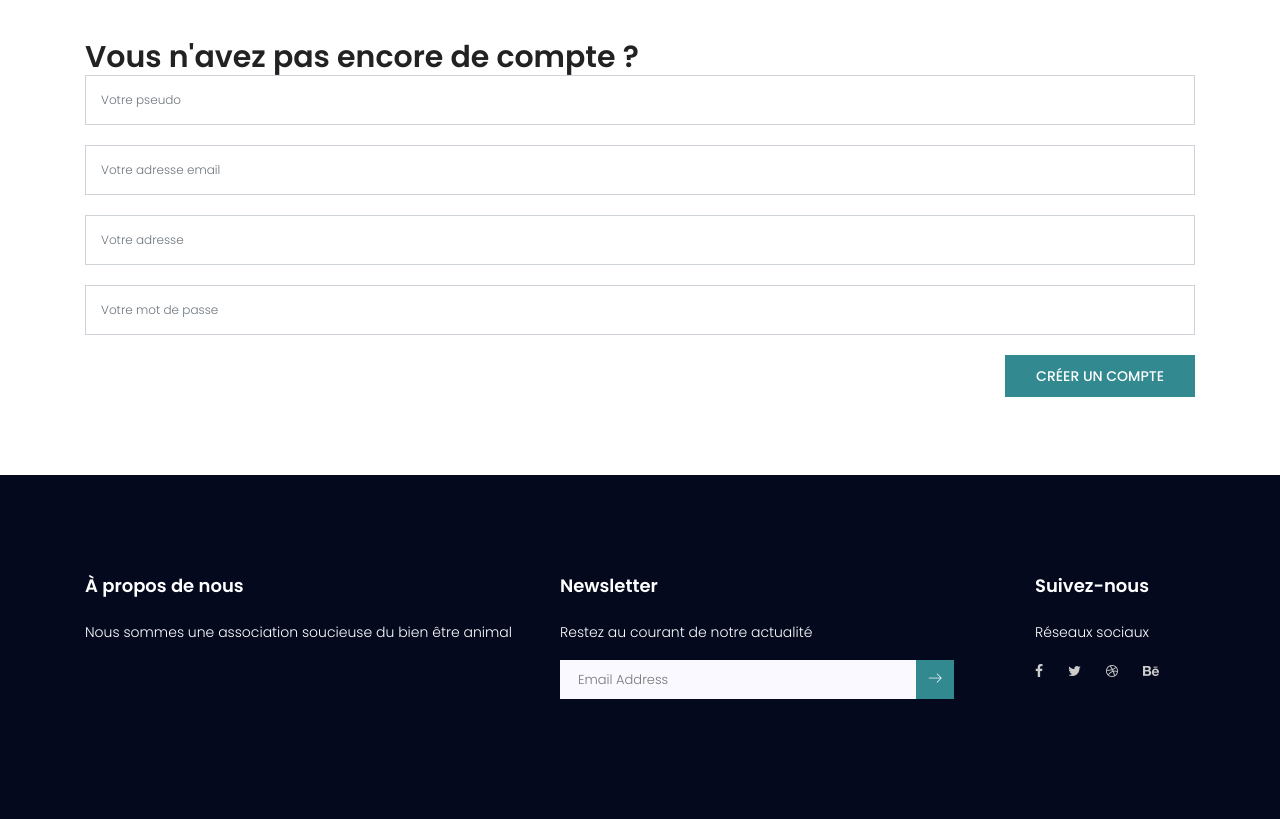
Repository: Nononolan45/CAT-FRONT
Page: connexion.html
These files come from the project's save history. The page is drawn as it stood at one moment and after the next save; the edit follows.
The browser window is 1280 px wide. The pictures show the part of the page from y = 833 to 1785 px (the page is 1652 px tall before and 1785 px after).
Some web libraries are served in a nearby version.

Above is the page before, as saved 2021-07-02 09:21:12.
Console error: ReferenceError: URI is not defined

### connexion.html
<!DOCTYPE html>
<html lang="zxx" class="no-js">
<head>
    <!-- Mobile Specific Meta -->
    <meta name="viewport" content="width=device-width, initial-scale=1, shrink-to-fit=no">

    <!-- Author Meta -->
    <meta name="author" content="colorlib">
    <!-- Meta Description -->
    <meta name="description" content="">
    <!-- Meta Keyword -->
    <meta name="keywords" content="">
    <!-- meta character set -->
    <meta charset="UTF-8">
    <!-- Site Title -->
    <title>Pet Shop | Connexion</title>

    <link href="https://fonts.googleapis.com/css?family=Poppins:100,200,400,300,500,600,700" rel="stylesheet">
        <!--
        CSS
        ============================================= -->
        <link rel="stylesheet" href="css/linearicons.css">
        <link rel="stylesheet" href="css/font-awesome.min.css">
        <link rel="stylesheet" href="css/bootstrap.css">
        <link rel="stylesheet" href="css/magnific-popup.css">
        <link rel="stylesheet" href="css/nice-select.css">
        <link rel="stylesheet" href="css/animate.min.css">
        <link rel="stylesheet" href="css/jquery-ui.css">
        <link rel="stylesheet" href="css/owl.carousel.css">
        <link rel="stylesheet" href="css/main.css">
    </head>
    <body>
        <header id="header" id="home">
            <div class="header-top"><div class="container"></div></div>
            <div class="container main-menu">
                <div class="row align-items-center justify-content-between d-flex">
                    <a href="index.html"><!--<img src="img/logo.png" alt="" title="" />-->Pet Shop</a>
                    <nav id="nav-menu-container">
                        <ul class="nav-menu">
                            <li class="menu-active"><a href="index.html">Accueil</a></li>
                            <li><a href="liste-des-animaux.html">Nos animaux</a></li>
                            <li><a href="connexion.html">Connexion</a></li>
                        </ul>
                    </nav><!-- #nav-menu-container -->
                </div>
            </div>
        </header><!-- #header -->

        <!-- start banner Area -->
        <section class="banner-area relative about-banner" id="home">
            <div class="overlay overlay-bg"></div>
            <div class="container">
                <div class="row d-flex align-items-center justify-content-center">
                    <div class="about-content col-lg-12">
                        <h1 class="text-white">
                            Connexion
                        </h1>
                        <p class="text-white link-nav"><a href="index.html">Accueil </a>  <span class="lnr lnr-arrow-right"></span>  <a href="connexion.html"> Connexion</a></p>
                    </div>
                </div>
            </div>
        </section>
        <!-- End banner Area -->






        <!-- Start contact-page Area -->
        <section class="contact-page-area section-gap">
            <div class="container">
                <form class="form-area " id="login"  method="post" class="contact-form">
                        <div class="form-group">
                            <h1>Connectez-vous</h1>
                            <input id="login-email" name="email" placeholder="Votre adresse email" pattern="[A-Za-z0-9._%+-]+@[A-Za-z0-9.-]+\.[A-Za-z]{1,63}$" onfocus="this.placeholder = ''" onblur="this.placeholder = 'Votre adresse email'" class="common-input mb-20 form-control" required="" type="email">
                            <input id="login-password" name="password" placeholder="Votre mot de passe" onfocus="this.placeholder = ''" onblur="this.placeholder = 'Enter your name'" class="common-input mb-20 form-control" required="" type="password">
                        </div>

                        <div id="login-alert" class="alert-msg" style="text-align: left;"></div>
                        <button class="genric-btn primary" style="float: right;">Se connecter</button>
                    </div>
                </form>
            </div>
        </section>
        <!-- End contact-page Area -->





        <!-- Start contact-page Area -->
        <section class="contact-page-area section-gap">
            <div class="container">
                <form class="form-area " id=""  method="post" class="contact-form">
                        <div class="form-group">
                            <h2>Vous n'avez pas encore de compte ?</h2>
                            <input name="pseudo" placeholder="Votre pseudo" onfocus="this.placeholder = ''" onblur="this.placeholder = 'Votre pseudo'" class="common-input mb-20 form-control" required type="text">
                            <input name="email" placeholder="Votre adresse email" pattern="[A-Za-z0-9._%+-]+@[A-Za-z0-9.-]+\.[A-Za-z]{1,63}$" onfocus="this.placeholder = ''" onblur="this.placeholder = 'Votre adresse email'" class="common-input mb-20 form-control" required type="email">
                            <input name="adresse" placeholder="Votre adresse"  onfocus="this.placeholder = ''" onblur="this.placeholder = 'Votre adresse'" class="common-input mb-20 form-control"  type="text">
                            <input name="password" placeholder="Votre mot de passe" onfocus="this.placeholder = ''" onblur="this.placeholder = 'Votre mot de passe'" class="common-input mb-20 form-control" required type="tpassword">
                        </div>

                        <div id="alerte" class="alert-msg" style="text-align: left;"></div>
                        <button class="genric-btn primary" style="float: right;">Créer un compte</button>
                    </div>
                </form>
            </div>
        </section>
        <!-- End contact-page Area -->




        <!-- start footer Area -->
        <footer class="footer-area section-gap">
            <div class="container">
                <div class="row">
                    <div class="col-lg-5 col-md-6 col-sm-6">
                        <div class="single-footer-widget">
                            <h6>À propos de nous</h6>
                            <p>
                                Nous sommes une association soucieuse du bien être animal
                            </p>
                        </div>
                    </div>
                    <div class="col-lg-5  col-md-6 col-sm-6">
                        <div class="single-footer-widget">
                            <h6>Newsletter</h6>
                            <p>Restez au courant de notre actualité</p>
                            <div class="" id="mc_embed_signup">
                                <form target="_blank" novalidate="true" action="" method="get" class="form-inline">
                                    <input class="form-control" name="EMAIL" placeholder="Email Address" onfocus="this.placeholder = ''" onblur="this.placeholder = 'Email Address'" required="" type="email">
                                        <button class="click-btn"><i class="lnr lnr-arrow-right" aria-hidden="true"></i></button>
                                        <div style="position: absolute; left: -5000px;">
                                            <input name="" tabindex="-1" value="" type="text">
                                        </div>
                                    <div class="info"></div>
                                </form>
                            </div>
                        </div>
                    </div>
                    <div class="col-lg-2 col-md-6 col-sm-6 social-widget">
                        <div class="single-footer-widget">
                            <h6>Suivez-nous</h6>
                            <p>Réseaux sociaux</p>
                            <div class="footer-social d-flex align-items-center">
                                <a href="#"><i class="fa fa-facebook"></i></a>
                                <a href="#"><i class="fa fa-twitter"></i></a>
                                <a href="#"><i class="fa fa-dribbble"></i></a>
                                <a href="#"><i class="fa fa-behance"></i></a>
                            </div>
                        </div>
                    </div>

                </div>
            </div>
        </footer>
        <!-- End footer Area -->




        <script src="js/vendor/jquery-2.2.4.min.js"></script>
        <script src="https://cdnjs.cloudflare.com/ajax/libs/popper.js/1.12.9/umd/popper.min.js" integrity="sha384-ApNbgh9B+Y1QKtv3Rn7W3mgPxhU9K/ScQsAP7hUibX39j7fakFPskvXusvfa0b4Q" crossorigin="anonymous"></script>
        <script src="js/vendor/bootstrap.min.js"></script>
          <script src="js/easing.min.js"></script>
        <script src="js/hoverIntent.js"></script>
        <script src="js/superfish.min.js"></script>
        <script src="js/jquery.ajaxchimp.min.js"></script>
        <script src="js/jquery.magnific-popup.min.js"></script>
         <script src="js/jquery-ui.js"></script>
        <script src="js/owl.carousel.min.js"></script>
        <script src="js/jquery.nice-select.min.js"></script>
        <script src="js/main.js"></script>
        <script src="fetch/home.js"></script>
        <script src="config.js"></script>

    </body>
</html>

### css/linearicons.css
@font-face {
	font-family: 'Linearicons-Free';
	src:url('../fonts/Linearicons-Free.eot?w118d');
	src:url('../fonts/Linearicons-Free.eot?#iefixw118d') format('embedded-opentype'),
		url('../fonts/Linearicons-Free.woff2?w118d') format('woff2'),
		url('../fonts/Linearicons-Free.woff?w118d') format('woff'),
		url('../fonts/Linearicons-Free.ttf?w118d') format('truetype'),
		url('../fonts/Linearicons-Free.svg?w118d#Linearicons-Free') format('svg');
	font-weight: normal;
	font-style: normal;
}

.lnr {
	font-family: 'Linearicons-Free';
	speak: none;
	font-style: normal;
	font-weight: normal;
	font-variant: normal;
	text-transform: none;
	line-height: 1;

	/* Better Font Rendering =========== */
	-webkit-font-smoothing: antialiased;
	-moz-osx-font-smoothing: grayscale;
}

.lnr-home:before {
	content: "\e800";
}
.lnr-apartment:before {
	content: "\e801";
}
.lnr-pencil:before {
	content: "\e802";
}
.lnr-magic-wand:before {
	content: "\e803";
}
.lnr-drop:before {
	content: "\e804";
}
.lnr-lighter:before {
	content: "\e805";
}
.lnr-poop:before {
	content: "\e806";
}
.lnr-sun:before {
	content: "\e807";
}
.lnr-moon:before {
	content: "\e808";
}
.lnr-cloud:before {
	content: "\e809";
}
.lnr-cloud-upload:before {
	content: "\e80a";
}
.lnr-cloud-download:before {
	content: "\e80b";
}
.lnr-cloud-sync:before {
	content: "\e80c";
}
.lnr-cloud-check:before {
	content: "\e80d";
}
.lnr-database:before {
	content: "\e80e";
}
.lnr-lock:before {
	content: "\e80f";
}
.lnr-cog:before {
	content: "\e810";
}
.lnr-trash:before {
	content: "\e811";
}
.lnr-dice:before {
	content: "\e812";
}
.lnr-heart:before {
	content: "\e813";
}
.lnr-star:before {
	content: "\e814";
}
.lnr-star-half:before {
	content: "\e815";
}
.lnr-star-empty:before {
	content: "\e816";
}
.lnr-flag:before {
	content: "\e817";
}
.lnr-envelope:before {
	content: "\e818";
}
.lnr-paperclip:before {
	content: "\e819";
}
.lnr-inbox:before {
	content: "\e81a";
}
.lnr-eye:before {
	content: "\e81b";
}
.lnr-printer:before {
	content: "\e81c";
}
.lnr-file-empty:before {
	content: "\e81d";
}
.lnr-file-add:before {
	content: "\e81e";
}
.lnr-enter:before {
	content: "\e81f";
}
.lnr-exit:before {
	content: "\e820";
}
.lnr-graduation-hat:before {
	content: "\e821";
}
.lnr-license:before {
	content: "\e822";
}
.lnr-music-note:before {
	content: "\e823";
}
.lnr-film-play:before {
	content: "\e824";
}
.lnr-camera-video:before {
	content: "\e825";
}
.lnr-camera:before {
	content: "\e826";
}
.lnr-picture:before {
	content: "\e827";
}
.lnr-book:before {
	content: "\e828";
}
.lnr-bookmark:before {
	content: "\e829";
}
.lnr-user:before {
	content: "\e82a";
}
.lnr-users:before {
	content: "\e82b";
}
.lnr-shirt:before {
	content: "\e82c";
}
.lnr-store:before {
	content: "\e82d";
}
.lnr-cart:before {
	content: "\e82e";
}
.lnr-tag:before {
	content: "\e82f";
}
.lnr-phone-handset:before {
	content: "\e830";
}
.lnr-phone:before {
	content: "\e831";
}
.lnr-pushpin:before {
	content: "\e832";
}
.lnr-map-marker:before {
	content: "\e833";
}
.lnr-map:before {
	content: "\e834";
}
.lnr-location:before {
	content: "\e835";
}
.lnr-calendar-full:before {
	content: "\e836";
}
.lnr-keyboard:before {
	content: "\e837";
}
.lnr-spell-check:before {
	content: "\e838";
}
.lnr-screen:before {
	content: "\e839";
}
.lnr-smartphone:before {
	content: "\e83a";
}
.lnr-tablet:before {
	content: "\e83b";
}
.lnr-laptop:before {
	content: "\e83c";
}
.lnr-laptop-phone:before {
	content: "\e83d";
}
.lnr-power-switch:before {
	content: "\e83e";
}
.lnr-bubble:before {
	content: "\e83f";
}
.lnr-heart-pulse:before {
	content: "\e840";
}
.lnr-construction:before {
	content: "\e841";
}
.lnr-pie-chart:before {
	content: "\e842";
}
.lnr-chart-bars:before {
	content: "\e843";
}
.lnr-gift:before {
	content: "\e844";
}
.lnr-diamond:before {
	content: "\e845";
}
.lnr-linearicons:before {
	content: "\e846";
}
.lnr-dinner:before {
	content: "\e847";
}
.lnr-coffee-cup:before {
	content: "\e848";
}
.lnr-leaf:before {
	content: "\e849";
}
.lnr-paw:before {
	content: "\e84a";
}
.lnr-rocket:before {
	content: "\e84b";
}
.lnr-briefcase:before {
	content: "\e84c";
}
.lnr-bus:before {
	content: "\e84d";
}
.lnr-car:before {
	content: "\e84e";
}
.lnr-train:before {
	content: "\e84f";
}
.lnr-bicycle:before {
	content: "\e850";
}
.lnr-wheelchair:before {
	content: "\e851";
}
.lnr-select:before {
	content: "\e852";
}
.lnr-earth:before {
	content: "\e853";
}
.lnr-smile:before {
	content: "\e854";
}
.lnr-sad:before {
	content: "\e855";
}
.lnr-neutral:before {
	content: "\e856";
}
.lnr-mustache:before {
	content: "\e857";
}
.lnr-alarm:before {
	content: "\e858";
}
.lnr-bullhorn:before {
	content: "\e859";
}
.lnr-volume-high:before {
	content: "\e85a";
}
.lnr-volume-medium:before {
	content: "\e85b";
}
.lnr-volume-low:before {
	content: "\e85c";
}
.lnr-volume:before {
	content: "\e85d";
}
.lnr-mic:before {
	content: "\e85e";
}
.lnr-hourglass:before {
	content: "\e85f";
}
.lnr-undo:before {
	content: "\e860";
}
.lnr-redo:before {
	content: "\e861";
}
.lnr-sync:before {
	content: "\e862";
}
.lnr-history:before {
	content: "\e863";
}
.lnr-clock:before {
	content: "\e864";
}
.lnr-download:before {
	content: "\e865";
}
.lnr-upload:before {
	content: "\e866";
}
.lnr-enter-down:before {
	content: "\e867";
}
.lnr-exit-up:before {
	content: "\e868";
}
.lnr-bug:before {
	content: "\e869";
}
.lnr-code:before {
	content: "\e86a";
}
.lnr-link:before {
	content: "\e86b";
}
.lnr-unlink:before {
	content: "\e86c";
}
.lnr-thumbs-up:before {
	content: "\e86d";
}
.lnr-thumbs-down:before {
	content: "\e86e";
}
.lnr-magnifier:before {
	content: "\e86f";
}
.lnr-cross:before {
	content: "\e870";
}
.lnr-menu:before {
	content: "\e871";
}
.lnr-list:before {
	content: "\e872";
}
.lnr-chevron-up:before {
	content: "\e873";
}
.lnr-chevron-down:before {
	content: "\e874";
}
.lnr-chevron-left:before {
	content: "\e875";
}
.lnr-chevron-right:before {
	content: "\e876";
}
.lnr-arrow-up:before {
	content: "\e877";
}
.lnr-arrow-down:before {
	content: "\e878";
}
.lnr-arrow-left:before {
	content: "\e879";
}
.lnr-arrow-right:before {
	content: "\e87a";
}
.lnr-move:before {
	content: "\e87b";
}
.lnr-warning:before {
	content: "\e87c";
}
.lnr-question-circle:before {
	content: "\e87d";
}
.lnr-menu-circle:before {
	content: "\e87e";
}
.lnr-checkmark-circle:before {
	content: "\e87f";
}
.lnr-cross-circle:before {
	content: "\e880";
}
.lnr-plus-circle:before {
	content: "\e881";
}
.lnr-circle-minus:before {
	content: "\e882";
}
.lnr-arrow-up-circle:before {
	content: "\e883";
}
.lnr-arrow-down-circle:before {
	content: "\e884";
}
.lnr-arrow-left-circle:before {
	content: "\e885";
}
.lnr-arrow-right-circle:before {
	content: "\e886";
}
.lnr-chevron-up-circle:before {
	content: "\e887";
}
.lnr-chevron-down-circle:before {
	content: "\e888";
}
.lnr-chevron-left-circle:before {
	content: "\e889";
}
.lnr-chevron-right-circle:before {
	content: "\e88a";
}
.lnr-crop:before {
	content: "\e88b";
}
.lnr-frame-expand:before {
	content: "\e88c";
}
.lnr-frame-contract:before {
	content: "\e88d";
}
.lnr-layers:before {
	content: "\e88e";
}
.lnr-funnel:before {
	content: "\e88f";
}
.lnr-text-format:before {
	content: "\e890";
}
.lnr-text-format-remove:before {
	content: "\e891";
}
.lnr-text-size:before {
	content: "\e892";
}
.lnr-bold:before {
	content: "\e893";
}
.lnr-italic:before {
	content: "\e894";
}
.lnr-underline:before {
	content: "\e895";
}
.lnr-strikethrough:before {
	content: "\e896";
}
.lnr-highlight:before {
	content: "\e897";
}
.lnr-text-align-left:before {
	content: "\e898";
}
.lnr-text-align-center:before {
	content: "\e899";
}
.lnr-text-align-right:before {
	content: "\e89a";
}
.lnr-text-align-justify:before {
	content: "\e89b";
}
.lnr-line-spacing:before {
	content: "\e89c";
}
.lnr-indent-increase:before {
	content: "\e89d";
}
.lnr-indent-decrease:before {
	content: "\e89e";
}
.lnr-pilcrow:before {
	content: "\e89f";
}
.lnr-direction-ltr:before {
	content: "\e8a0";
}
.lnr-direction-rtl:before {
	content: "\e8a1";
}
.lnr-page-break:before {
	content: "\e8a2";
}
.lnr-sort-alpha-asc:before {
	content: "\e8a3";
}
.lnr-sort-amount-asc:before {
	content: "\e8a4";
}
.lnr-hand:before {
	content: "\e8a5";
}
.lnr-pointer-up:before {
	content: "\e8a6";
}
.lnr-pointer-right:before {
	content: "\e8a7";
}
.lnr-pointer-down:before {
	content: "\e8a8";
}
.lnr-pointer-left:before {
	content: "\e8a9";
}

Loaded but not shown: css/font-awesome.min.css (library); css/bootstrap.css (library); css/magnific-popup.css (library); css/nice-select.css (common file); css/animate.min.css (library); css/jquery-ui.css (library); css/owl.carousel.css (library); js/vendor/jquery-2.2.4.min.js (library); js/vendor/bootstrap.min.js (library); js/easing.min.js (common file); js/superfish.min.js (library); js/jquery.ajaxchimp.min.js (library); js/jquery.magnific-popup.min.js (library); js/jquery-ui.js (library); js/owl.carousel.min.js (library); js/jquery.nice-select.min.js (common file); js/main.js (404 lines, source omitted); js/hoverIntent.js (158 lines, source omitted); fetch/home.js (97 lines, source omitted); config.js (1 lines, source omitted); css/main.css (3804 lines, source omitted)

After the next save:
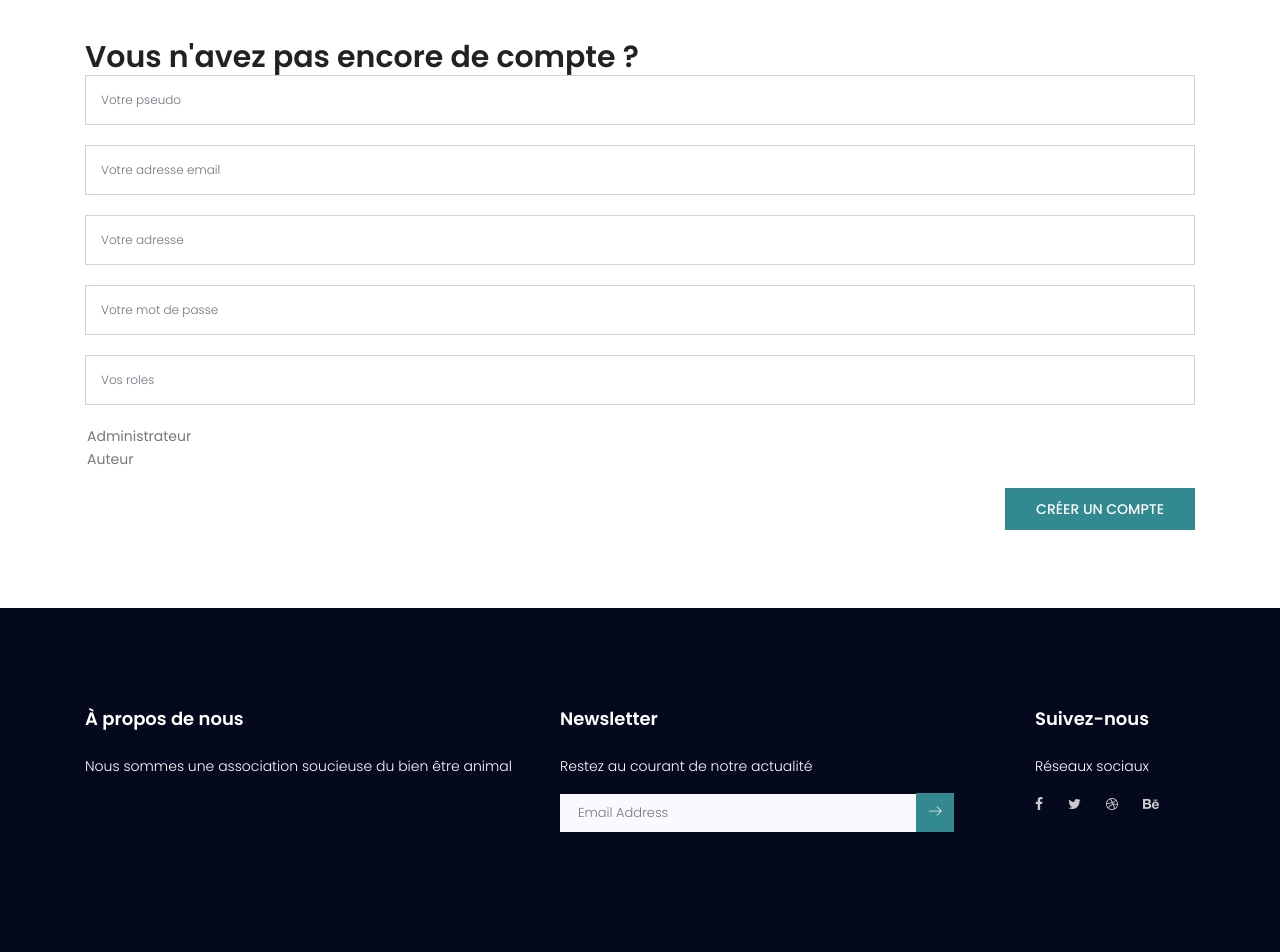
Saved 15 min 1 s later.
--- a/connexion.html
+++ b/connexion.html
@@ -98,8 +98,12 @@
                             <input name="pseudo" placeholder="Votre pseudo" onfocus="this.placeholder = ''" onblur="this.placeholder = 'Votre pseudo'" class="common-input mb-20 form-control" required type="text">
                             <input name="email" placeholder="Votre adresse email" pattern="[A-Za-z0-9._%+-]+@[A-Za-z0-9.-]+\.[A-Za-z]{1,63}$" onfocus="this.placeholder = ''" onblur="this.placeholder = 'Votre adresse email'" class="common-input mb-20 form-control" required type="email">
                             <input name="adresse" placeholder="Votre adresse"  onfocus="this.placeholder = ''" onblur="this.placeholder = 'Votre adresse'" class="common-input mb-20 form-control"  type="text">
-                            <input name="password" placeholder="Votre mot de passe" onfocus="this.placeholder = ''" onblur="this.placeholder = 'Votre mot de passe'" class="common-input mb-20 form-control" required type="tpassword">
-                        </div>
+                            <input name="password" placeholder="Votre mot de passe" onfocus="this.placeholder = ''" onblur="this.placeholder = 'Votre mot de passe'" class="common-input mb-20 form-control" required type="password">
+                            <input type="select" name="role" multiple placeholder="Vos roles" onfocus="this.placeholder = ''" onblur="this.placeholder = 'Votre mot de passe'" class="common-input mb-20 form-control">
+                            <option valeur="admin">Administrateur</option>
+                            <option valeur="editeur">Auteur</option>
+                        </input>
+                         </div>
 
                         <div id="alerte" class="alert-msg" style="text-align: left;"></div>
                         <button class="genric-btn primary" style="float: right;">Créer un compte</button>
